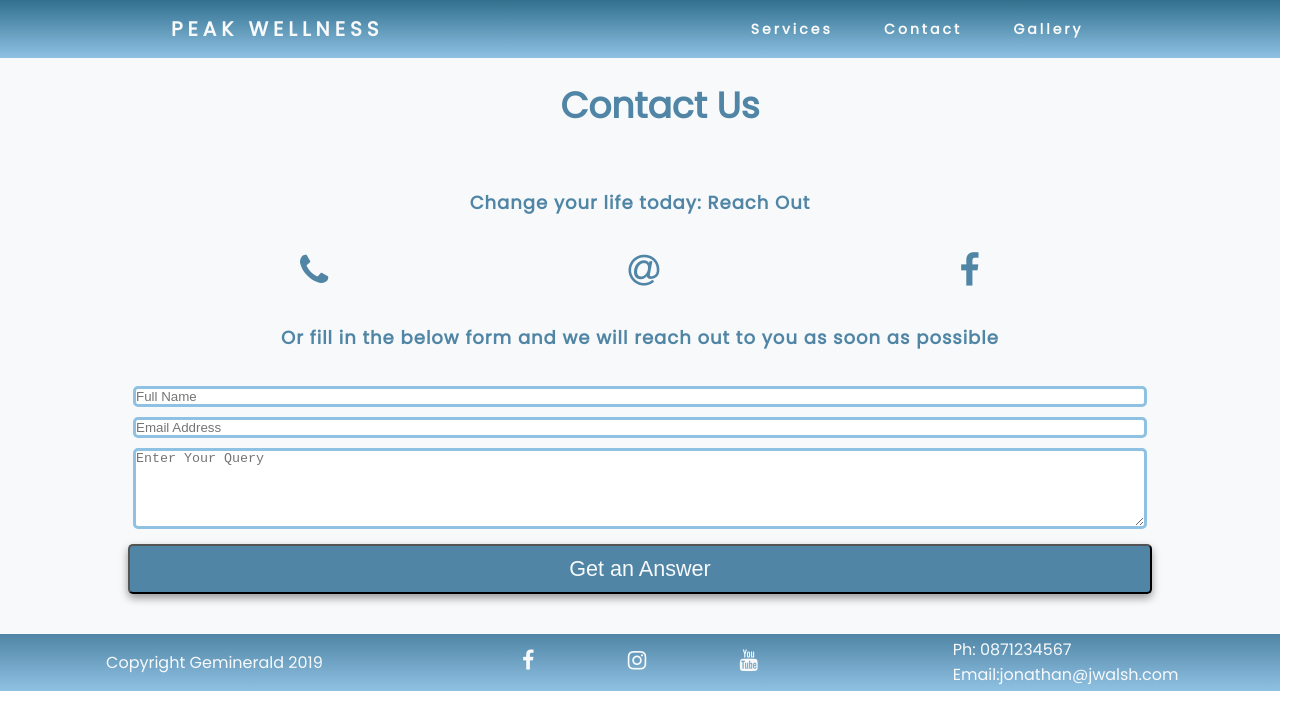
Repository: geminerald/peakwellness
Page: contact.html
The author's editor kept a record of every edit. The page is drawn from the files as they stood at one moment, then again after the next edit.
The browser window is 1280 px wide. The page is 1300 px wide, so the pictures cover 1300 px, including what lies to the right of the window. The pictures show the whole page.

Above is the page before.

### contact.html
<!DOCTYPE html>
<html lang="en">

<head>
    <meta charset="UTF-8">
    <meta name="viewport" content="width=device-width, initial-scale=1.0, maximum-scale=1.0, user-scalable=0">
    <meta http-equiv="X-UA-Compatible" content="ie=edge">
    <link rel="stylesheet" href="assets/style.css" type="text/css" />
    <link href="https://fonts.googleapis.com/css?family=Poppins&display=swap" rel="stylesheet">
    <title>Peak Wellness</title>
    <link rel="icon" href="./images/peak-icon.png">
    <link rel="stylesheet" href="https://stackpath.bootstrapcdn.com/font-awesome/4.7.0/css/font-awesome.min.css" type="text/css" />

</head>

<body>
    <nav>
        <div class="logo">
            <h4><a href="index.html">Peak Wellness</h4></a>
        </div>
        <ul class="nav-links">
            <li>
                <a href="services.html">Services</a>
            </li>
            <li>
                <a href="contact.html">Contact</a>
            </li>
            <li>
                <a href="gallery.html">Gallery</a>
            </li>

        </ul>
        <div class="burger">
            <div class="line1"></div>
            <div class="line2"></div>
            <div class="line3"></div>
        </div>
    </nav>
    <section>
        <div class="contact-container">

            <h1>Contact Us</h1>
            <div class="contacts">
                <h5>Change your life today: Reach Out</h5>
                <div class="contact"><i class="fa fa-phone"></i></div>
                <div class="contact"><i class="fa fa-at"></i></div>
                <div class="contact"><i class="fa fa-facebook"></i></div>
            </div>
            <div class="form">
                <h5>Or fill in the below form and we will reach out to you as soon as possible</h5>
                <form>
                    <input type="text" name="Name" Class="form-control" id="fullname" placeholder="Full Name" required />
                    <input type="email" name="emailaddress" Class="form-control" id="emailaddress" placeholder="Email Address" />
                    <textarea rows="5" name="projectsummary" class="form-control" id="projectsummary" placeholder="Enter Your Query" /></textarea>
                    <button type="submit" class="btn btn-secondary center-block">Get an Answer</button>

                </form>
            </div>
        </div>

    </section>
    <footer>
        <div class="f-item">
            <a class="show-mobile" target="_blank" href="https://github.com/geminerald"><i class="fa fa-copyright"></i> </a>
            <p class="hidden-mobile">Copyright <a target="_blank" href="https://github.com/geminerald"> Geminerald </a> 2019</p>
        </div>
        <div class="f-item">
            <ul class="social-links">
                <li><a target="_blank" href="https://www.facebook.com/PeakWellnessstudio/"><i class="fa fa-facebook"></i></a></li>
                <li><a target="_blank" href="https://www.instagram.com/thepeakwellnessstudio/"><i class="fa fa-instagram"></i></a></li>
                <li><a target="_blank" href="https://www.youtube.com/channel/UC_d9R5XdeesvneUyRDroG0w?"><i class="fa fa-youtube"></i></a></li>
            </ul>
        </div>
        <div class="f-item">
            <a class="show-mobile" href="contact.html"><i class="fa fa-phone"></i></a>
            <p class="hidden-mobile">Ph: 0871234567<br>Email:jonathan@jwalsh.com</p>
        </div>
    </footer>
    <script src="./assets/nav.js"></script>
</body>

</html>

### assets/style.css

/*----------------------------------------------------------------Universals*/* {
    margin: 0;
    padding: 0;
    box-sizing: border-box;
}

body {
    font-family: 'Poppins', sans-serif;
    color: #f7f9fb;
}

a {
    text-decoration: none;
    color: #f7f9fb;
    cursor:pointer;
}


h1 {
    margin: 20px;
    font-size: 5vh;
    width: 100%;
    text-align: center;
}

/*----------------------------------------------------------------Universals*/

/*----------------------------------------------------------------Colours

Grey/Green: #687864
Dark Blue: #31708e
Medium Blue: #5085a5
Light Blue: #8fc1e3
White: #f7f9fb

Colours from: https://visme.co/blog/website-color-schemes/

*/

/*----------------------------------------------------------------Nav*/

/*Nav Elements: Dev Ed:

https://www.youtube.com/watch?v=gXkqy0b4M5g

*/

nav {
    display: flex;
    justify-content: space-around;
    align-items: center;
    min-height: 8vh;
    background: linear-gradient(180deg, #31708E 0%, #8FC1E3 100%);

}

.logo {
    color: #fafafa;
    text-transform: uppercase;
    letter-spacing: 5px;
    font-size: 20px;

}

.nav-links {
    display: flex;
    width: 30%;
    justify-content: space-around;

}

.nav-links li {
    list-style: none;
}

.nav-links a {
    color: #fafafa;
    text-decoration: none;
    letter-spacing: 3px;
    font-weight: bold;
    font-size: 14px;

}

.burger {
    display: none;
    cursor: pointer;
}

.burger div {
    width: 25px;
    height: 3px;
    background-color: #fafafa;
    margin: 5px;
    transition: all 0.3s ease;

}

@media screen and (max-width:1068px) {
    .nav-links {
        width: 50%;
    }
}

@media screen and (max-width:768px) {
    body {
        overflow-x: hidden;
    }

    .nav-links {
        position: absolute;
        ;
        right: 0px;
        height: 92vh;
        top: 8vh;
        background: linear-gradient(270deg, #31708E 0%, #8FC1E3 100%);
        display: flex;
        flex-direction: column;
        align-items: center;
        width: 70%;
        transform: translateX(100%);
        transition: transform 0.5s ease-in;
        z-index: 1;
    }
    .nav-links li {
        opacity: 0;
    }
    .burger {
        display: block;
    }
}

.nav-active {
    transform: translateX(0%);
}

@keyframes navLinkFade {
    from {
        opacity: 0;
        transform: translateX(50px);
    }
    to {
        opacity: 1;
        transform: translateX(0px);
    }
}

.toggle .line1 {
    transform: rotate(-45deg) translate(-5px, 6px);
}

.toggle .line2 {
    opacity: 0;
}

.toggle .line3 {
    transform: rotate(45deg) translate(-5px, -6px);
}

/*----------------------------------------------------------------Nav*/

/*----------------------------------------------------------------Home*/

.home-container {
    background-image: url("../images/home-bg.jpg");
    background-repeat: no-repeat;
    background-position: center;
    background-size: cover;
    z-index: 0;
    margin: auto;
    height: 90vh;
    width: 100%;
    display: flex;
    justify-content: space-around;
    align-items: center;
    flex-flow: column;
}

.appear1 {
    animation: appear 1s ease-in;
}

.appear2 {
    opacity: 0;
    animation: appear 4s ease-in;
    animation-delay: 2s;
    animation-fill-mode: forwards;
}

/*----------------------------------------------------------------Home*/

/*----------------------------------------------------------------Services*/

.about {
    display: flex;
    flex-direction: column;
    align-items: center;
    color: #31708e;
    margin: 10px 0px 30px 0px;
}


.about p {
    margin: 20px 30px 0px 30px;
    text-align: center;
}

.services {
    display: flex;
    flex-flow: row wrap;
    align-items: center;
    color: #31708e;
    background-color: #f7f9fb;
    justify-content: center;
}

.service-container {
    margin-bottom: 15px;
}

.service {
    display: flex;
    align-items: center;
    justify-content: center;
    flex-flow: column wrap;
    margin: 0px 15px 20px 15px;
    min-height: 450px;
    min-width: 350px;

}

.service p {
    max-width: 350px;
    text-align: center;
    margin-top: 10px;
}

.image-cropper {
    border: 5px solid #8fc1e3;
    width: 250px;
    height: 250px;
    position: relative;
    overflow: hidden;
    border-radius: 50%;
    box-shadow: 0 2px 4px 0 rgba(0, 0, 0, 0.2);
    transition: 0.3s ease-in;

}

.image-cropper:hover {
    box-shadow: 0 3px 6px 0 rgba(0, 0, 0, 0.4);
}

.image-cropper img {
    display: inline;
    margin: 0 auto;
    height: 100%;
    width: auto;
}

button {
    color: #f7f9fb;
    background-color: #5085a5;
    margin: 10px 0px 10px 0px;
    min-height: 50px;
    min-width: 200px;
    border-radius: 5px;
    box-shadow: 0 4px 8px 0 rgba(0, 0, 0, 0.4);
    transition: 0.3s ease-in;
    font-size: 3vh;
    cursor: pointer;
    padding: 10px;
}

button:hover {
    box-shadow: 0 6px 14px 0 rgba(0, 0, 0, 0.6);
}

/*----------------------------------------------------------------Services*/

/*----------------------------------------------------------------Contact*/

.contact-container {
    display: flex;
    flex-direction: column;
    color: #5085a5;
    background-color:#f7f9fb;

}

h5{
    text-align:center;
    width:100%;
    letter-spacing:1px;
    font-size:2.5vh;
}

.contacts{
    display:flex;
    flex-flow:row wrap;
    justify-content:space-evenly;
    margin:5vh 0vh 5vh 0vh;
}

.contact{
    margin-top:5vh;
    display:flex;
    flex-direction:column;
    text-align:center;
}

.contact i{
    font-size:5vh;
}
.contact a{
    color:#5085a5;
}

form{
    margin:auto;
    margin-top:30px;
    margin-bottom:30px;
    display:flex;
    flex-flow:column wrap;
    width:80%;
    justify-content:space-evenly;
}

input,textarea{
    border-radius:5px;
    border:3px solid #8fc1e3;
    margin:5px;
}

/*----------------------------------------------------------------Contact*/

/*----------------------------------------------------------------Footer*/

footer {
    height: 8vh;
    width: 100%;
    background: linear-gradient(180deg, #5085A5 0%, #8FC1E3 100%);
    display: flex;
    flex-direction: row;
    justify-content: space-evenly;
}

.f-item {
    display: flex;
    align-items: center;
    justify-content: space-evenly;
    flex-direction: row;
    width: 33%;
}

.social-links {
    display: flex;
    justify-content: space-evenly;
    list-style: none;
    width: 100%;
}

.social-links li a i,
.f-item a i {
    font-size: 3vh;
}


.hidden-mobile {
    display: block;
}

.show-mobile {
    display: none;
}

@media screen and (max-width:768px) {
    .hidden-mobile {
        display: none;
    }
    .show-mobile {
        display: block;
    }
}

/*----------------------------------------------------------------Footer*/

/*----------------------------------------------------------------KeyFrames*/

@keyframes appear {
    from {
        opacity: 0
    }
    to {
        opacity: 1
    }

}

/*----------------------------------------------------------------KeyFrames*/

### assets/nav.js
const navSlide = () => {
    const burger = document.querySelector('.burger');
    const nav = document.querySelector('.nav-links');
    const navLinks = document.querySelectorAll('.nav-links li');

    burger.addEventListener('click', () => {
        nav.classList.toggle('nav-active');
        navLinks.forEach((link, index) => {
            if (link.style.animation) {
                link.style.animation = '';
            } else {
                link.style.animation = `navLinkFade 0.5s ease forwards ${index/7 + 1}s`;
            }
        });
        burger.classList.toggle('toggle');
    });
}

navSlide();

After the next edit:
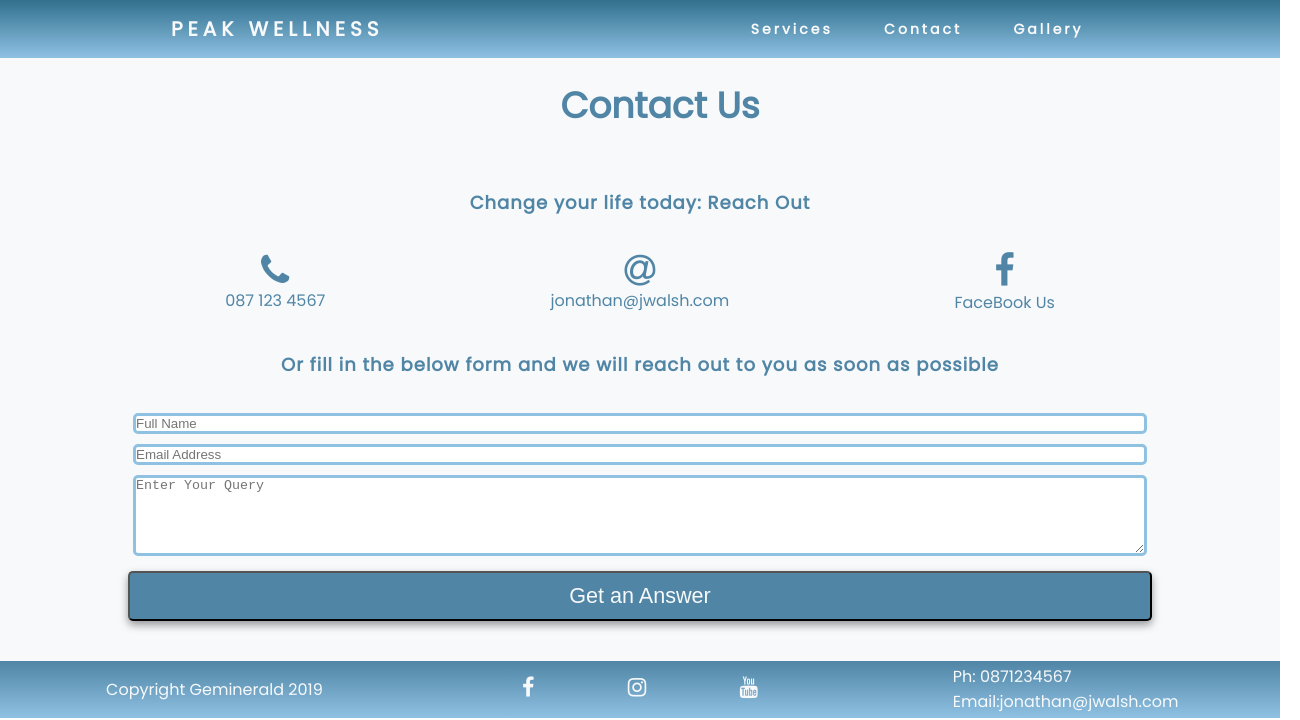
The edit:
--- a/contact.html
+++ b/contact.html
@@ -42,9 +42,13 @@
             <h1>Contact Us</h1>
             <div class="contacts">
                 <h5>Change your life today: Reach Out</h5>
-                <div class="contact"><i class="fa fa-phone"></i></div>
-                <div class="contact"><i class="fa fa-at"></i></div>
-                <div class="contact"><i class="fa fa-facebook"></i></div>
+                <div class="contact"><i class="fa fa-phone"></i>
+                    <p>087 123 4567</p>
+                </div>
+                <div class="contact"><i class="fa fa-at"></i>
+                    <p>jonathan@jwalsh.com</p>
+                </div>
+                <div class="contact"><a target="_blank" href="https://www.facebook.com/PeakWellnessstudio/"><i class="fa fa-facebook"></i></a><p>FaceBook Us</p></div>
             </div>
             <div class="form">
                 <h5>Or fill in the below form and we will reach out to you as soon as possible</h5>
